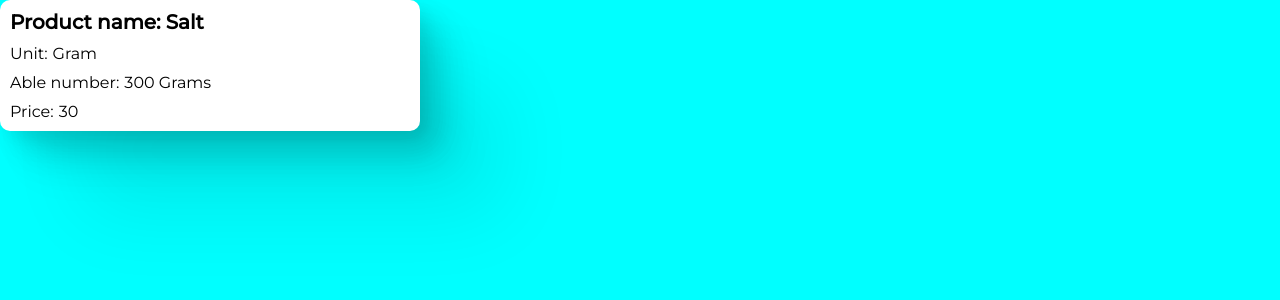
Repository: OlexandraKovach2/Vue
Page: / (app in vuexam/brila-exam/)
These files come from the project's save history. The page is drawn as it stood at one moment and after the next save; the edit follows.
The browser window is 1280 px wide. The pictures show the whole page.
The project was rebuilt for these pictures with package versions that can differ from the ones it lists, and the page was loaded fresh each time. Also part of the build but not shown: vuexam/brila-exam/vue.config.js.

Above is the page before, as saved 2022-11-08 21:51:43.

After the next save:
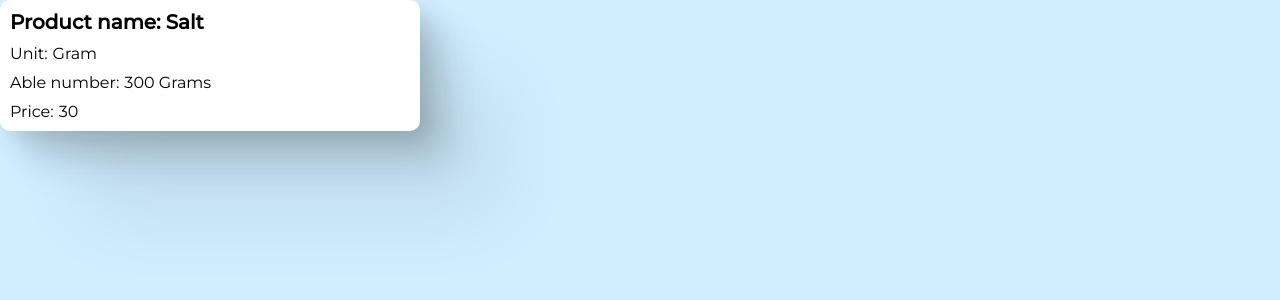
Saved 11 s later.
--- a/vuexam/brila-exam/public/index.html
+++ b/vuexam/brila-exam/public/index.html
@@ -23,7 +23,7 @@
     margin: 0px;
   }
   body{
-    background-color: aqua;
+    background-color: rgb(208, 238, 255);
   }
 
 </style>
